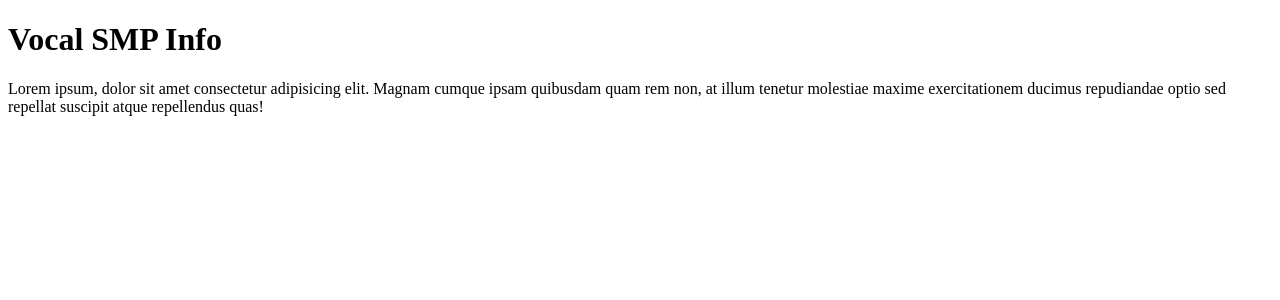
Repository: thecptwaffles/minecraft-api_website
Page: index.html
An editor plug-in stored every save of this project. The page is shown before and after the next save, followed by the edit.
The browser window is 1280 px wide. The pictures show the whole page.

Above is the page before, as saved 2022-01-23 11:43:01.

After the next save:
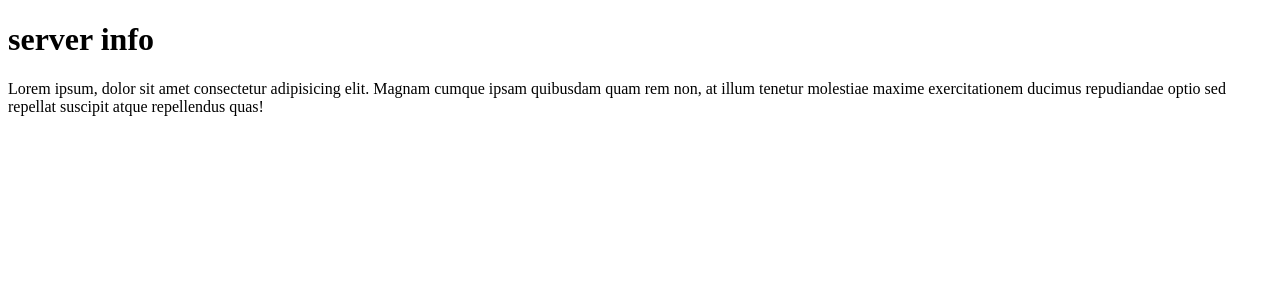
Saved 2 h 56 min later.
--- a/index.html
+++ b/index.html
@@ -10,7 +10,7 @@
 </head>
 
 <body>
-    <h1>Vocal SMP Info</h1>
+    <h1>server info</h1>
     <p>
         Lorem ipsum, dolor sit amet consectetur adipisicing elit. Magnam cumque ipsam quibusdam quam rem non, at illum
         tenetur molestiae maxime exercitationem ducimus repudiandae optio sed repellat suscipit atque repellendus quas!
